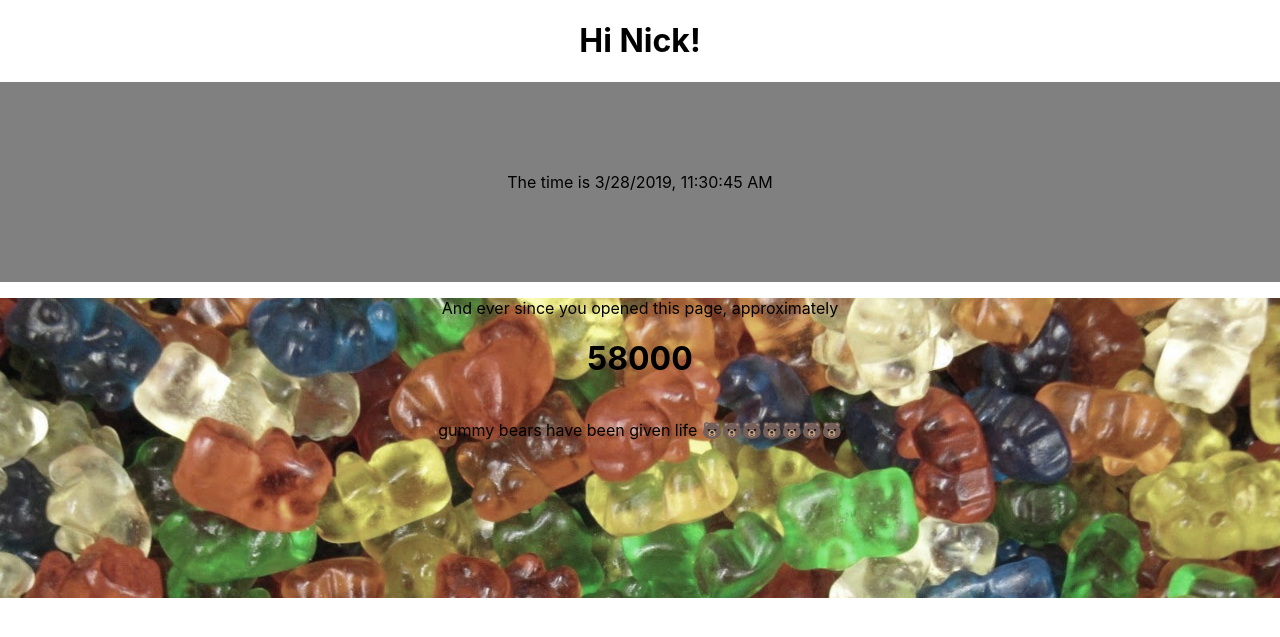
Repository: crispinonicky/gummy-facts
Page: /
These files come from the project's save history. The page is drawn as it stood at one moment and after the next save; the edit follows.
The browser window is 1280 px wide. The pictures show the whole page.
The project was rebuilt for these pictures with package versions that can differ from the ones it lists, and the page was loaded fresh each time.

Above is the page before, as saved 2019-03-28 15:33:25.

### src/App.js
import React, { Component } from 'react';
import './App.css';
import Clock from './components/Clock';
import GummyCount from './components/GummyCount';
import Map from './components/Map';


class App extends Component {
  constructor(props){
    super(props)

    this.state = {
      name: "Nick"
    }

  }



  render() {
    return (
      <div className="App">


      <h1>
        Hi {this.state.name}!
      </h1>

        <Clock />
        <GummyCount />
        <Map />


      </div>
    );
  }
}

export default App;

### src/App.css
.App {
  text-align: center;
  margin: 0 auto;
}

.Clock {
  height: 200px;
  background: gray;
}

.Clock p {
  position: relative;
  top: 90px;

}

.Count {
  height: 300px;
  background: url('./images/gummy\ bears.jpg');
  background-size: cover;
  filter: grayscale(50%)
}

/* #googleMap {
  height: 300px;
  width: 400px;
} */

### src/components/Clock.js
import React, { Component } from "react";
import "../App.css";

let time = new Date().toLocaleString();

class Clock extends React.Component {
  constructor(props) {

    super(props)
    this.state = {
      time: new Date().toLocaleString(),
    };
  }

  componentDidMount() {
    this.intervalID = setInterval(
      () => this.tick(),
      1000
    )
  }

  componentWillUnmount() {
    clearInterval(this.intervalID);
  }

  tick() {
    this.setState({
      time: new Date().toLocaleString()
    });
  }

  render() {
    return (
      <div className = "Clock">
      <p>
        The time is {this.state.time}
      </p>
      </div>
    );
  }
}

console.log(typeof time)


export default Clock;

### src/components/GummyCount.js
const React = require('react')

class GummyCount extends React.Component {
  constructor(props) {
    super(props);
    this.state = {
      seconds: 0,
    };
  }

  tick() {
    this.setState(state => ({
      seconds: state.seconds + 1
    }));
  }

  componentDidMount() {
    this.interval = setInterval(() => this.tick(), 10);
  }

  componentWillUnmount() {
    clearInterval(this.interval);
  }

  render() {

    return (
<div>
      <div className = "Count">
        <p>
        And ever since you opened this page, approximately
        <br/>
        <h1>{this.state.seconds * 116}</h1>
        <br/>
        gummy bears have been given life 🐻🐻🐻🐻🐻🐻🐻
        </p>
      </div>
      </div>
    );
  }
}

export default GummyCount;

### src/components/Map.js
import React, { Component } from 'react';
import '../App.css';

// my map: https://maps.googleapis.com/maps/api/js?key=AIzaSyCrbuDGnqcHSG6nK1oo2PyiiXvsyWLZelo&callback=myMap

class Map extends React.Component {
  constructor(props){
    super(props)

    this.state = {
      name: "Nick"
    }

  }



  render() {
    return (
      <div className="Map">

<div id="googleMap">

</div>



      </div>
    );
  }
}

export default Map;

Loaded but not shown: public/index.html (common file); src/index.js (common file); src/index.css (common file); src/serviceWorker.js (common file)

After the next save:
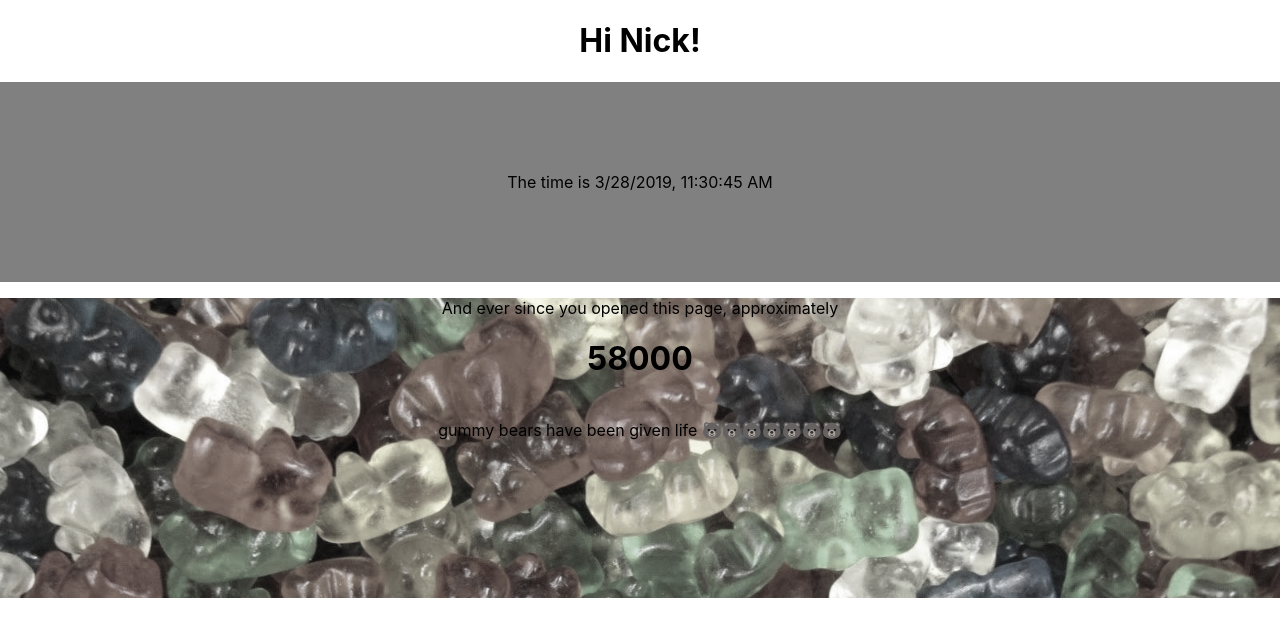
Saved 8 s later.
--- a/src/App.css
+++ b/src/App.css
@@ -18,7 +18,7 @@
   height: 300px;
   background: url('./images/gummy\ bears.jpg');
   background-size: cover;
-  filter: grayscale(50%)
+  filter: grayscale(90%)
 }
 
 /* #googleMap {
